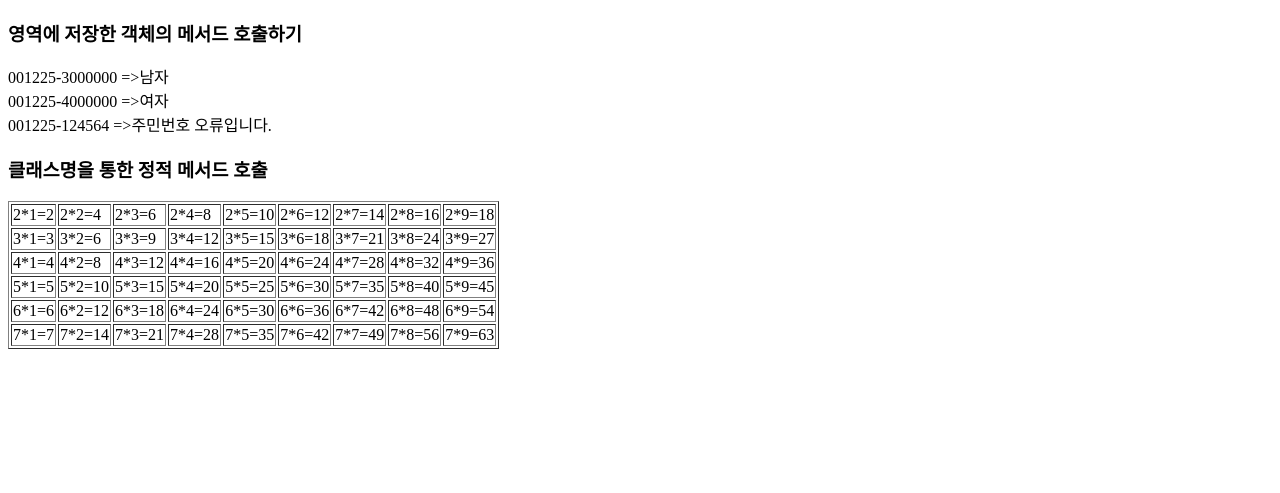
Repository: hyojinx/JspStudy
Page: http://localhost/jspstudy/10EL/CallMethod.jsp
The author's editor kept a copy of each file at every save. The page is drawn from the files as they stood at one save, then again after a run of saves.
The browser window is 1280 px wide. The pictures show the whole page.
The page is served by Tomcat 9. Other server files are loaded and not shown.

Above is the page before, as saved 2023-04-07 09:15:03.

### jspstudy/src/main/webapp/10EL/CallMethod.jsp
<%@ page language="java" contentType="text/html; charset=UTF-8"
    pageEncoding="UTF-8"%>
<%@ page import="utils.ELUtils" %>
<%
	ELUtils util = new ELUtils();//객체 생성
	pageContext.setAttribute("util", util);
%>
<!DOCTYPE html>
<html>
<head>
<meta charset="UTF-8">
<title>EL 메서드 호출</title>
</head>
<body>
	<h3>영역에 저장한 객체의 메서드 호출하기</h3>
	001225-3000000 =>${util.getGender("001225-3000000")}<br>
	001225-4000000 =>${util.getGender("001225-2000000")}<br>
	001225-124564  =>${util.getGender("001225-124564")}<br>

	<h3>클래스명을 통한 정적 메서드 호출</h3>
	${ELUtils.showGugudan(7)}
</body>
</html>

### jspstudy/src/main/java/utils/ELUtils.java
package utils;

public class ELUtils {
    //주민번호=>성별 반환
    public String getGender(String juminNum) {
        String res="";
        String regExp="^\\d{2}(0[1-9]|1[0-2])(0[1-9]|[12][0-9]|[3][01])\\-[1-4][0-9]{6}$";
        if(juminNum.matches(regExp)) {
            int beginIdx=juminNum.indexOf("-")+1;
            String genderStr = juminNum.substring(beginIdx, beginIdx + 1);
            int genderInt = Integer.parseInt(genderStr);
            if (genderInt == 1 || genderInt == 3)
                res = "남자";
            else if (genderInt == 2 || genderInt == 4)
                res = "여자";
        }else {
            res = "주민번호 오류입니다.";
        }
        return res;
    }
    // 문자열=>숫자인지 판별
    public static boolean isNumber(String value) {
        char[] chArr = value.toCharArray();
        for (int i = 0; i < chArr.length; i++) {
            if (!(chArr[i] >= '0' && chArr[i] <= '9')) {
                return false;
            }
        }
        return true;
    }

    // 입력받은 정수까지의 구구단을 HTML 테이블로 출력해줍니다.
    public static String showGugudan(int limitDan) {
        StringBuffer sb = new StringBuffer();
        try {
            sb.append("<table border='1'>");
            for (int i = 2; i <= limitDan; i++) {
                sb.append("<tr>");
                for (int j = 1; j <= 9; j++) {
                    sb.append("<td>" + i + "*" + j + "=" + (i * j) + "</td>");
                }
                sb.append("</tr>");
            }
            sb.append("</table>");
        } catch (Exception e) {
            e.printStackTrace();
        }
        return sb.toString();
    }
}

After the next 3 saves:
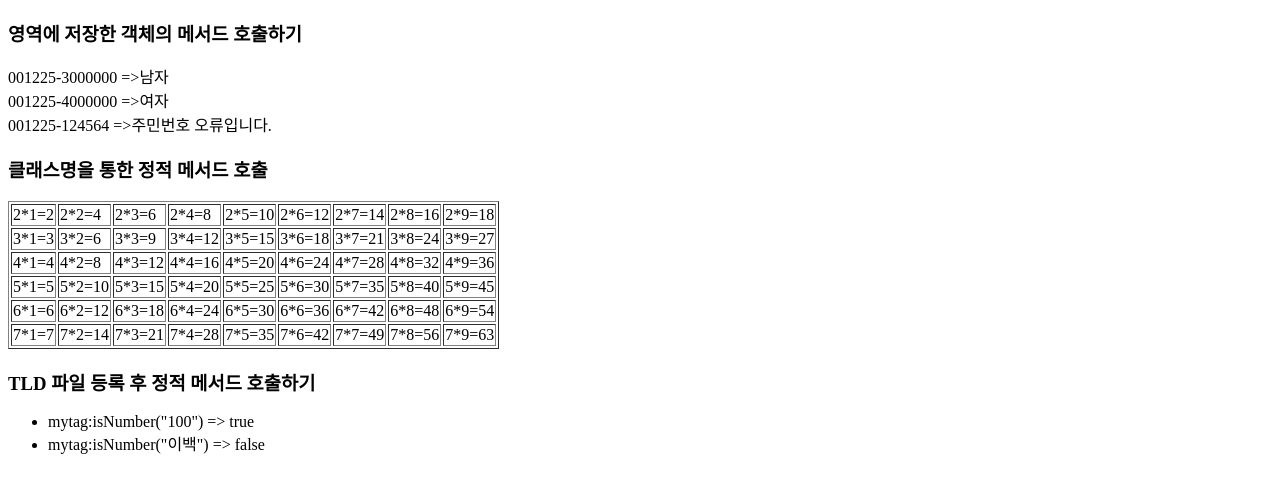
The 3 saves are shown as one change because 2 did not build or start.
The last was saved 2 days later.
--- a/jspstudy/src/main/webapp/10EL/CallMethod.jsp
+++ b/jspstudy/src/main/webapp/10EL/CallMethod.jsp
@@ -1,6 +1,7 @@
 <%@ page language="java" contentType="text/html; charset=UTF-8"
     pageEncoding="UTF-8"%>
 <%@ page import="utils.ELUtils" %>
+<%@ taglib uri="/WEB-INF/TagLib.tld" prefix="mytag"%>
 <%
 	ELUtils util = new ELUtils();//객체 생성
 	pageContext.setAttribute("util", util);
@@ -19,5 +20,11 @@
 
 	<h3>클래스명을 통한 정적 메서드 호출</h3>
 	${ELUtils.showGugudan(7)}
+
+	<h3>TLD 파일 등록 후 정적 메서드 호출하기</h3>
+	<ul>
+		<li>mytag:isNumber("100") => ${mytag:isNumber("100") }</li>
+		<li>mytag:isNumber("이백") => ${mytag:isNumber("이백") }</li>
+	</ul>
 </body>
 </html>
